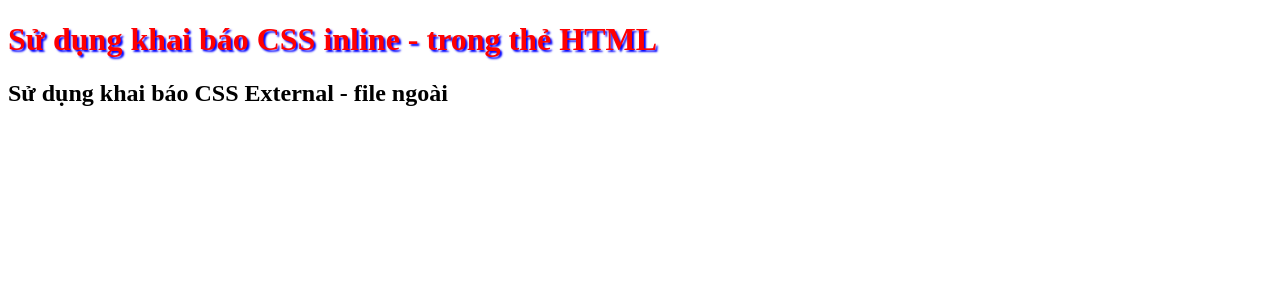
Repository: Pr-DuyTam/HTML-CSS-JS-PHP
Page: CSS/Bài Tập CSS/Bai1.html
The author's editor kept a copy of each file at every save. The page is drawn from the files as they stood at one save, then again after the next save.
The browser window is 1280 px wide. The pictures show the whole page.

Above is the page before, as saved 2023-08-03 08:37:01.

After the next save:
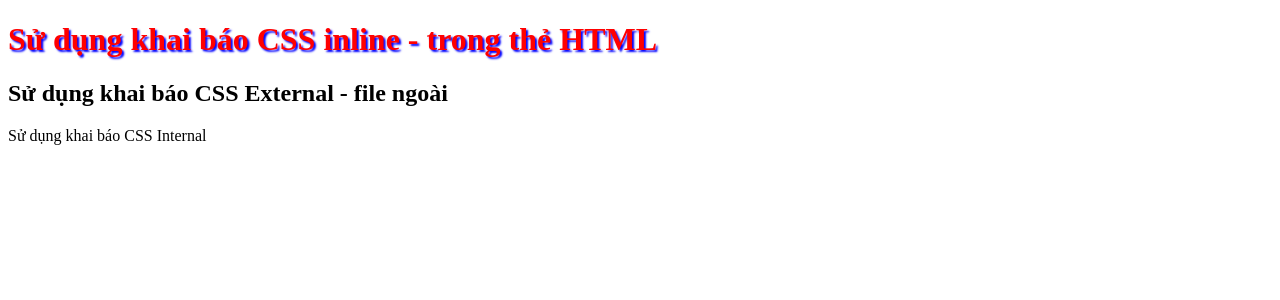
Saved 24 s later.
--- a/CSS/Bài Tập CSS/Bai1.html
+++ b/CSS/Bài Tập CSS/Bai1.html
@@ -16,5 +16,6 @@
         Sử dụng khai báo CSS inline - trong thẻ HTML
     </h1>
     <h2>Sử dụng khai báo CSS External - file ngoài</h2>
+    <p>Sử dụng khai báo CSS Internal</p>
 </body>
 </html>
